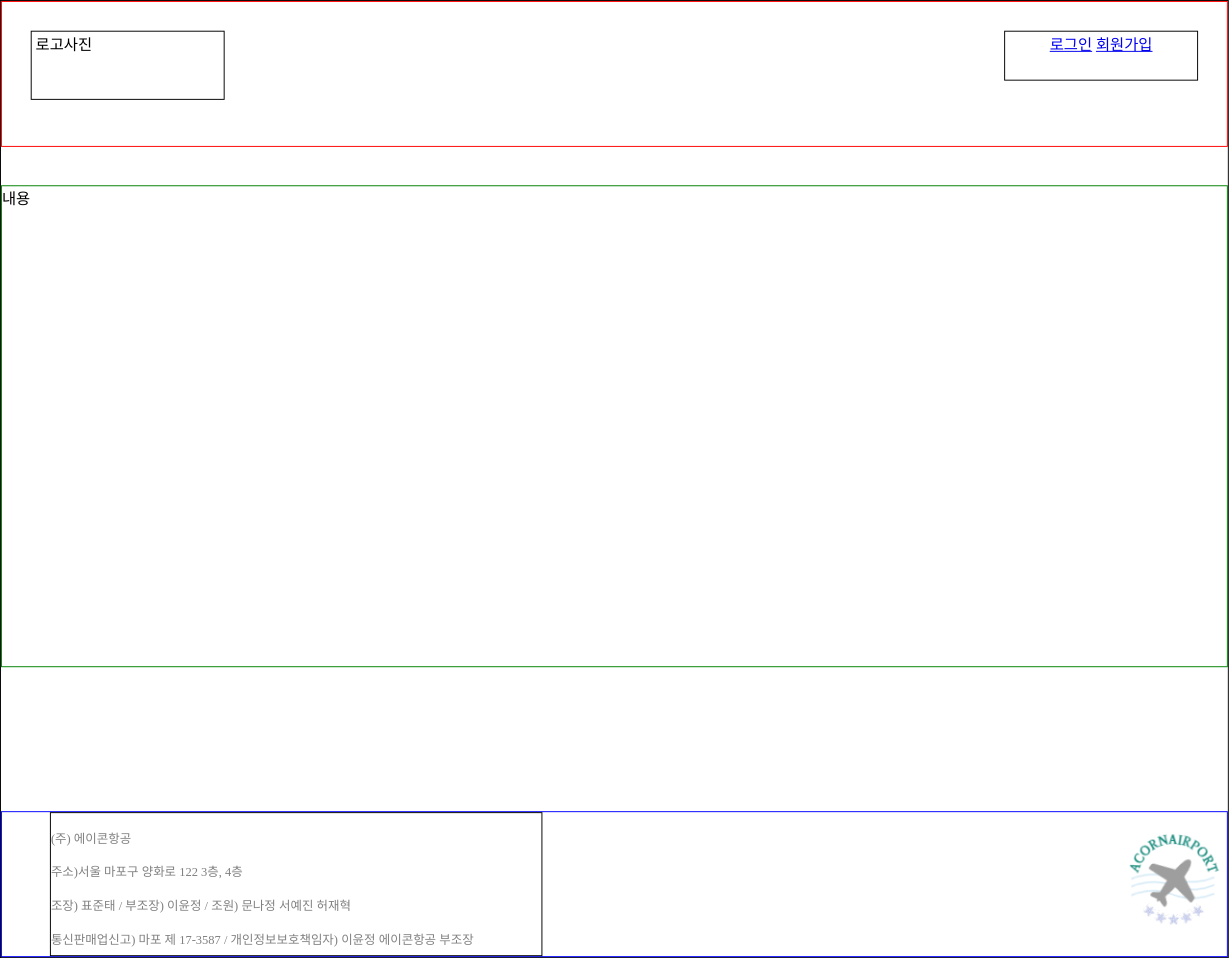
Repository: juntae710/Acorn_AirlineReservation_Project
Page: http://localhost/prj3_1/WEB-INF/views/h_index.jsp
The author's editor kept a copy of each file at every save. The page is drawn from the files as they stood at one save, then again after the next save.
The browser window is 1280 px wide. The pictures show the whole page, at 96% of full size.
The page is served by Tomcat 9. Nobody is signed in. The template is opened directly, without the code that normally fills it, so the values that code supplies are empty.

Above is the page before, as saved 2023-09-20 02:05:15.

After the next save:
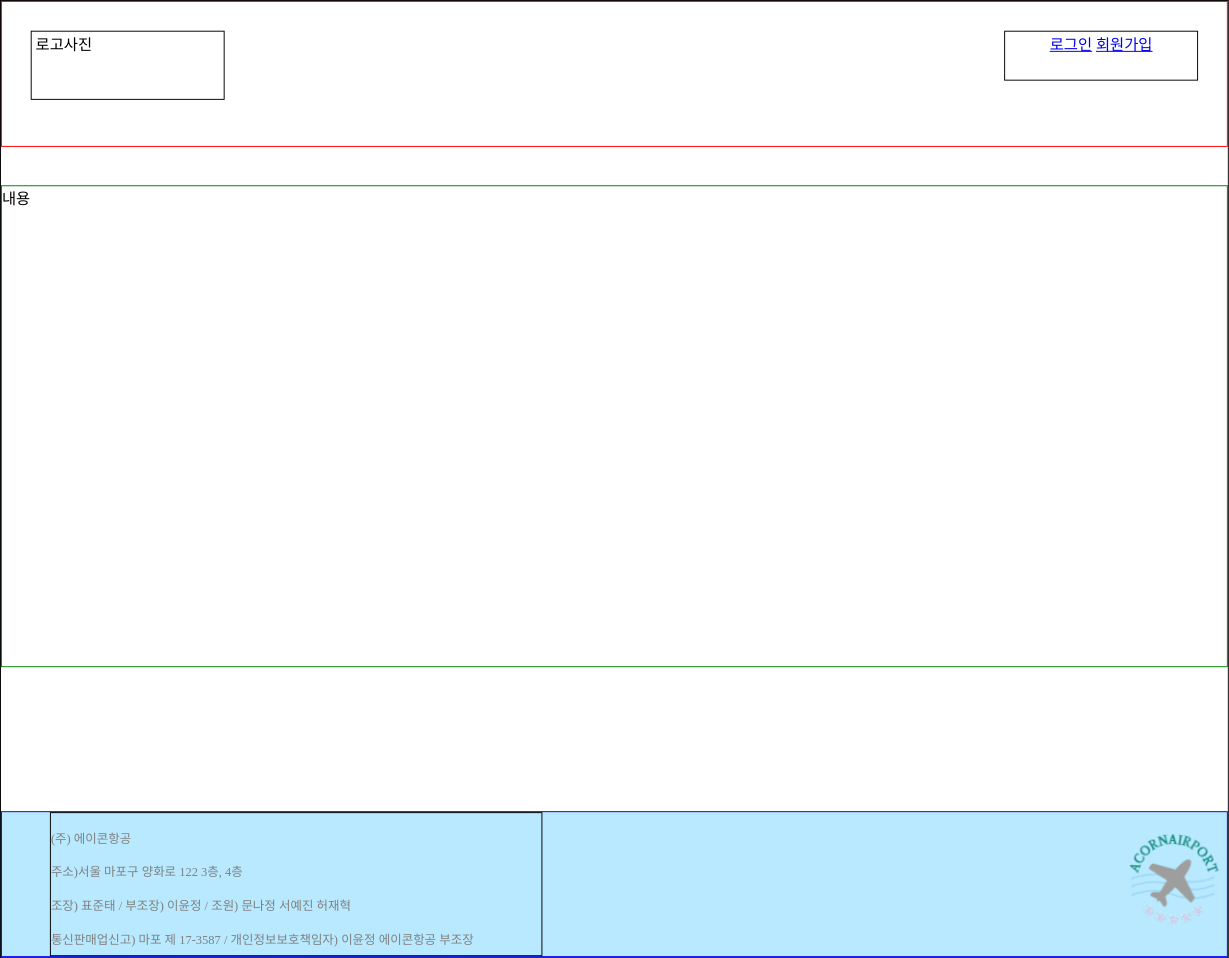
Saved 98 s later.
--- a/Eclipse/prj3_1/src/main/webapp/WEB-INF/views/h_index.jsp
+++ b/Eclipse/prj3_1/src/main/webapp/WEB-INF/views/h_index.jsp
@@ -53,6 +53,7 @@ footer {
 	margin-top: 150px;
 	margin-bottom: 0px;
 	display: flex;
+	background-color: #B8E9FF
 }
 
 .footer_info {
